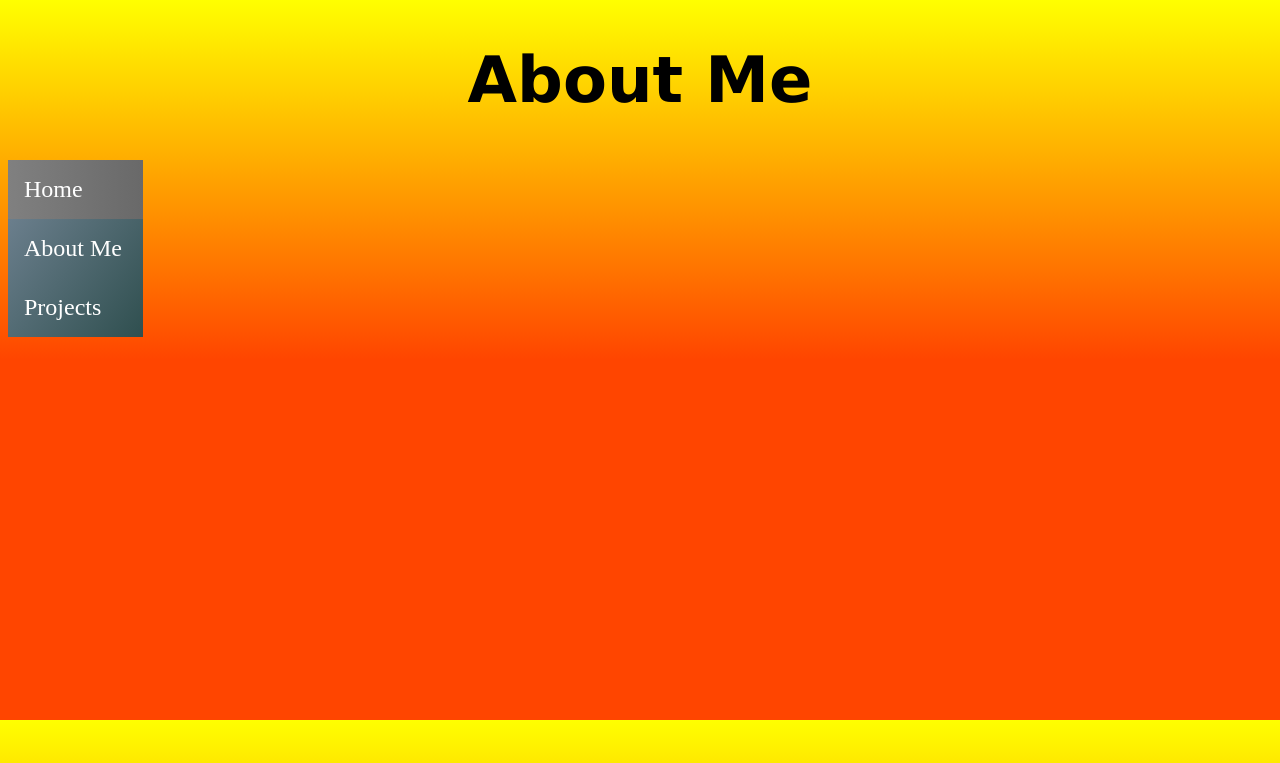
Repository: brody-toth/brody-toth.github.io
Page: about-me.html
The author's editor kept a record of every edit. The page is drawn from the files as they stood at one moment, then again after the next edit.
The browser window is 1280 px wide. The pictures show the whole page.

Above is the page before.

After the next edit:
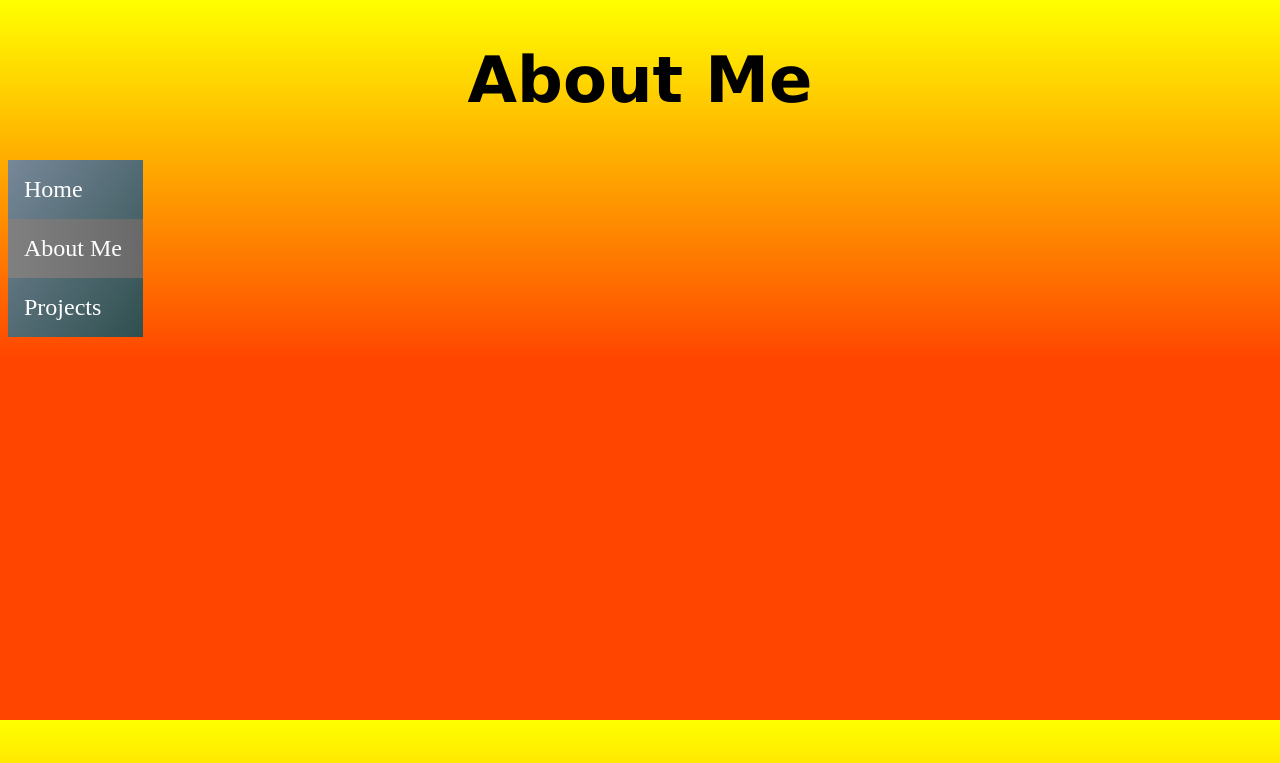
The edit:
--- a/about-me.html
+++ b/about-me.html
@@ -11,8 +11,8 @@
     <h1 class="header">About Me</h1>
 
     <ul class="navbar">
-      <li class="active"><a href="home.html">Home</a></li>
-      <li><a href="about-me.html">About Me</a></li>
+      <li><a href="home.html">Home</a></li>
+      <li class="active"><a href="about-me.html">About Me</a></li>
       <li class = "dropdown">
         <div>Projects</div>
         <ul class="dropdown-content">
